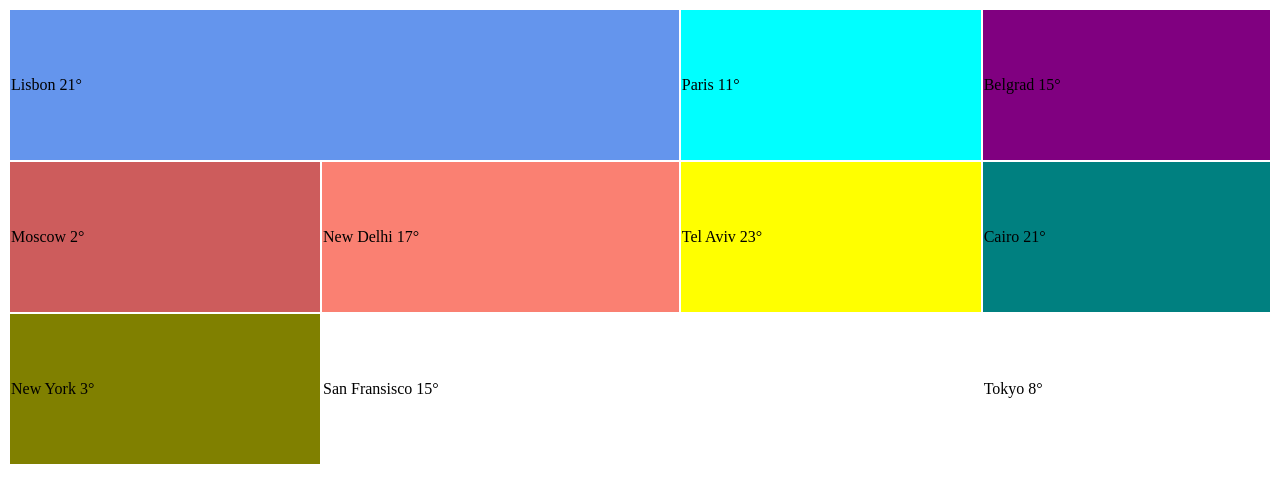
Repository: aysedo/html
Page: Week_2/index.html
An editor plug-in stored every save of this project. The page is shown before and after the next save, followed by the edit.
The browser window is 1280 px wide. The pictures show the whole page.

Above is the page before, as saved 2021-08-24 14:44:01.

After the next save:
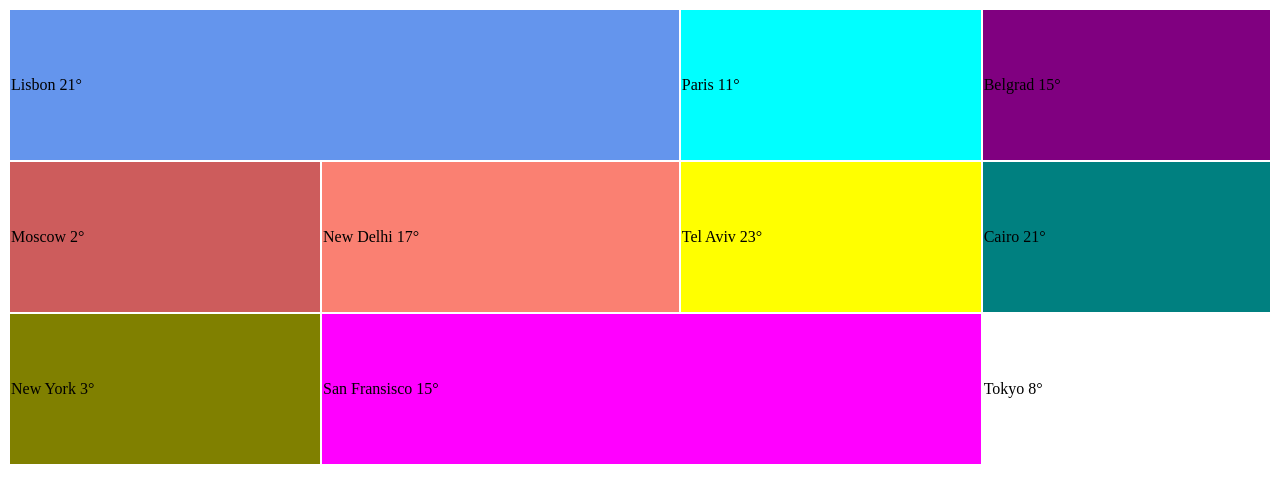
Saved 24 s later.
--- a/Week_2/index.html
+++ b/Week_2/index.html
@@ -21,7 +21,7 @@
       </tr>
       <tr height="150">
         <td bgcolor="Olive"> New York 3°</td>
-        <td colspan="2" bgcolor=""> San Fransisco 15° </td>
+        <td colspan="2" bgcolor="Fuchsia"> San Fransisco 15° </td>
         <td> Tokyo 8° </td>
       </tr>
     </table>
